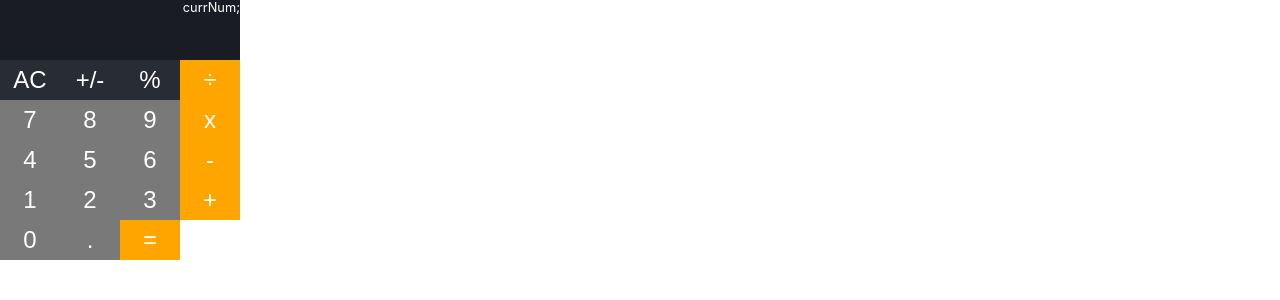
Repository: catsarenotreal/CalculatorWebApp
Page: /
The author's editor kept a copy of each file at every save. The page is drawn from the files as they stood at one save, then again after the next save.
The browser window is 1280 px wide. The pictures show the whole page.
The project was rebuilt for these pictures with package versions that can differ from the ones it lists, and the page was loaded fresh each time.

Above is the page before, as saved 2024-08-23 10:10:11.

### src/App.tsx
import React from 'react';
// import logo from './logo.svg';
import { useState } from 'react';
import './App.css';

let stack : string[] = [];
var currNum : number = 0;

// const [display, setDisplay] = useState(0);

type Props = {
  val : string;
  colour : 'orange'|'darkgrey'|'lightgrey';
}

function refresh(){

}

// function calculation(op : string) { // when pressing operations, the prior evaluation is supposed to show

//   // var currNum : number;


//   let newNum : number = Number(stack.join());
//   stack.length = 0; // clearing stack

//   switch (op){ // er this is wrong
//     case "+":
//       currNum += newNum;
//       break;
//     case "-":
//       currNum -= newNum;
//       break;
//     case "÷":
//       if (newNum === 0) {
//         refresh(); // display not a number and refresh backend
//       }
//       currNum /= newNum;
//       break;
//     case "x":
//       currNum *= newNum;
//       break;
//   }


//   setDisplay(currNum);

// }

function DisplayScreen(){ // changes on click for = sign
  return <div className = "box">
    currNum;
  </div>
}

function Buttons(props : Props){

  const [display, setDisplay] = useState(0);

  const val = props.val;
  const colour = props.colour;

  function calculation(op : string) { // when pressing operations, the prior evaluation is supposed to show

    // var currNum : number;


    let newNum : number = Number(stack.join());
    stack.length = 0; // clearing stack

    switch (op){ // er this is wrong
      case "+":
        currNum += newNum;
        break;
      case "-":
        currNum -= newNum;
        break;
      case "÷":
        if (newNum === 0) {
          refresh(); // display not a number and refresh backend
        }
        currNum /= newNum;
        break;
      case "x":
        currNum *= newNum;
        break;
    }


    setDisplay(currNum);

  }


  function handleClick(props : Props){
    const val = props.val;

    if (val === "+" || val === "-" || val === "x" || val === "÷"){
      var output = calculation(val);
    }
    else{
      stack.push(val);
    }
  }

  return <button className = {`Buttons ${colour}`} onClick = {() => handleClick(props)}>
    {val}
  </button>
}

export default function Calc() {
  return (
    <main>
      <div className = "row">
        <DisplayScreen />
      </div>
      <div className = "row">
        <Buttons val={'AC'} colour = 'darkgrey'/>
        <Buttons val={'+/-'} colour = 'darkgrey'/>
        <Buttons val={'%'} colour = 'darkgrey'/ >
        <Buttons val={'÷'} colour = 'orange' />
      </div>
      <div className = "row">
        <Buttons val={'7'} colour = 'lightgrey'/>
        <Buttons val={'8'} colour = 'lightgrey'/>
        <Buttons val={'9'} colour = 'lightgrey'/ >
        <Buttons val={'x'} colour = 'orange' />
      </div>
      <div className = "row">
        <Buttons val={'4'} colour = 'lightgrey'/>
        <Buttons val={'5'} colour = 'lightgrey'/>
        <Buttons val={'6'} colour = 'lightgrey'/ >
        <Buttons val={'-'} colour = 'orange' />
      </div>
      <div className = "row">
        <Buttons val={'1'} colour = 'lightgrey'/>
        <Buttons val={'2'} colour = 'lightgrey'/>
        <Buttons val={'3'} colour = 'lightgrey'/ >
        <Buttons val={'+'} colour = 'orange' />
      </div>
      <div className = "row">
        <Buttons val={'0'} colour = 'lightgrey'/>
        <Buttons val={'.'} colour = 'lightgrey'/>
        <Buttons val={'='} colour = 'orange'/>
      </div>
    </main>

  );
}

### src/App.css
.App {
  text-align: center;
}

.App-logo {
  height: 40vmin;
  pointer-events: none;
}


.App-header {
  background-color: #282c34;
  min-height: 100vh;
  display: flex;
  flex-direction: column;
  align-items: center;
  justify-content: center;
  font-size: calc(10px + 2vmin);
  color: white;
}

.App-link {
  color: #61dafb;
}


/* .DisplayScreen {
  background-color: rgb(24, 24, 24);
  text-align: right;
} */

.Buttons {
  text-align: center;
  box-shadow: none;
  outline: none;
  border: none;
  font-size: 1.5rem;
  color: white;
  height: 40px;
  width: 60px;
}

.Buttons.orange{
  background-color: orange;
}

.Buttons.lightgrey{
  background-color: #797979;
}

.Buttons.darkgrey{
  background-color:#282c34;
}

.box{
  width: 240px;
  height: 60px;
  font-size: 80%;
  text-align: right;
  background-color: #191d23;
  color: white;
}





@keyframes App-logo-spin {
  from {
    transform: rotate(0deg);
  }
  to {
    transform: rotate(360deg);
  }
}

Loaded but not shown: public/index.html (common file); src/index.tsx (common file); src/index.css (common file); src/reportWebVitals.ts (common file)

After the next save:
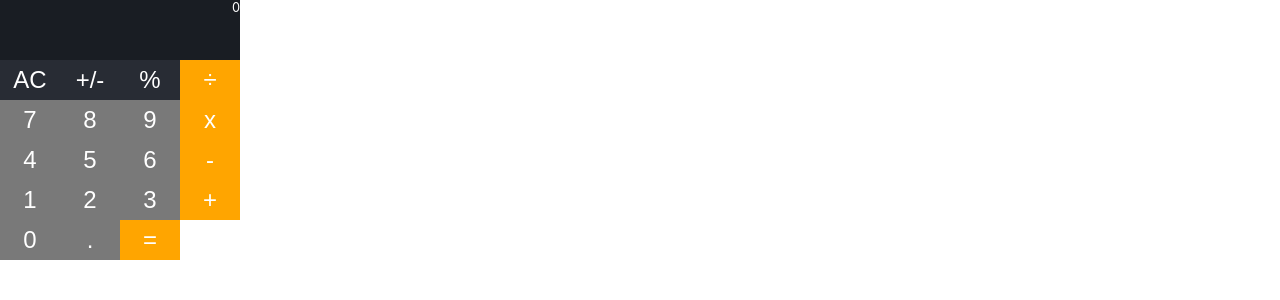
Saved 3 min 8 s later.
--- a/src/App.tsx
+++ b/src/App.tsx
@@ -48,7 +48,7 @@ function refresh(){
 
 // }
 
-function DisplayScreen(){ // changes on click for = sign
+function DisplayScreen(props : Props){
   return <div className = "box">
     currNum;
   </div>
@@ -113,7 +113,7 @@ export default function Calc() {
   return (
     <main>
       <div className = "row">
-        <DisplayScreen />
+        <div className= "DisplayScreen">{currNum}</div>
       </div>
       <div className = "row">
         <Buttons val={'AC'} colour = 'darkgrey'/>
--- a/src/App.css
+++ b/src/App.css
@@ -52,7 +52,7 @@
   background-color:#282c34;
 }
 
-.box{
+.DisplayScreen{
   width: 240px;
   height: 60px;
   font-size: 80%;
